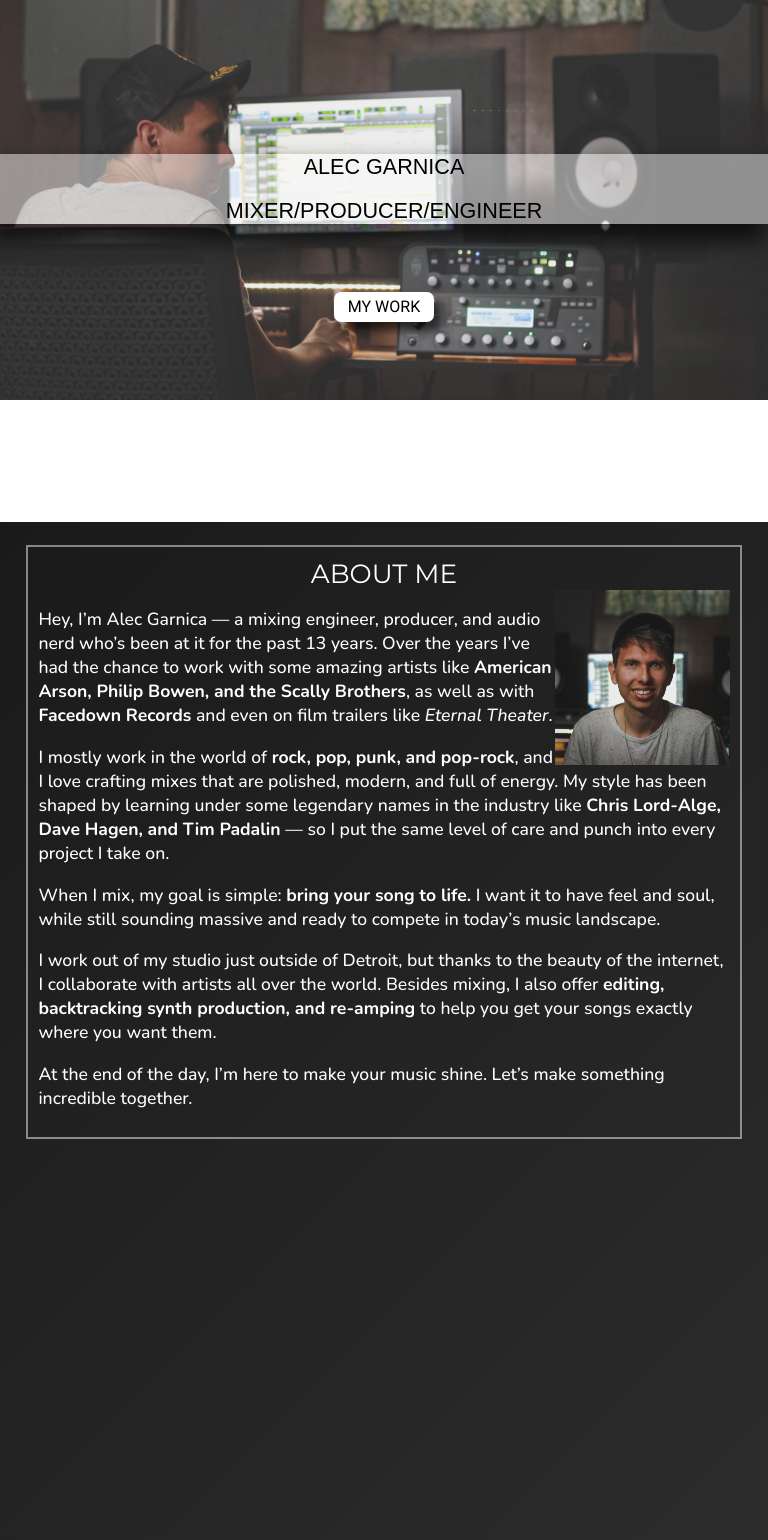
Repository: Aworminator/mixing-portfolio
Page: index.html
The author's editor kept a copy of each file at every save. The page is drawn from the files as they stood at one save, then again after the next save.
The browser window is 768 px wide. The pictures show the part of the page from y = 0 to 1540 px (the page is 8535 px tall).
Some web fonts or font styles are not loaded; a fallback is used.

Above is the page before, as saved 2025-09-02 14:39:08.
Console error: ReferenceError: emailjs is not defined

### index.html
<!DOCTYPE html>
<html lang="en">
  <head>
    <meta charset="UTF-8" />
    <meta name="viewport" content="width=device-width, initial-scale=1.0" />
    <title>Mixing Portfolio</title>
    <link rel="preconnect" href="https://fonts.googleapis.com" />
    <link rel="preconnect" href="https://fonts.gstatic.com" crossorigin />
    <link
      href="https://fonts.googleapis.com/css2?family=Gothic+A1:wght@100;200;300;400;500;600;700;800;900&family=Rock+Salt&family=Nunito:ital,wght@0,200..1000;1,200..1000&family=Montserrat:ital,wght@0,100..900;1,100..900&family=Caveat:wght@400..700&display=swap"
      rel="stylesheet"
    />
    <link
      href="https://fonts.googleapis.com/css2?family=Roboto:ital,wght@0,100..900;1,100..900&display=swap"
      rel="stylesheet"
    />
    <link rel="stylesheet" href="styles.css" />
    <link
      rel="stylesheet"
      href="https://cdnjs.cloudflare.com/ajax/libs/font-awesome/6.0.0/css/all.min.css"
      integrity="sha512-9usAa10IRO0HhonpyAIVpjrylPvoDwiPUiKdWk5t3PyolY1cOd4DSE0Ga+ri4AuTroPR5aQvXU9xC6qOPnzFeg=="
      crossorigin="anonymous"
      referrerpolicy="no-referrer"
    />
  </head>
  <body>
    <section class="home-page">
      <img
        src="./images/backShot.JPG"
        class="main-pic"
        alt="alecgarnica.com photo"
      />
      <div class="header">
        <h1 class="gothic-a1-regular">ALEC GARNICA</h1>
        <h2 class="gothic-a1-regular">MIXER/PRODUCER/ENGINEER</h2>
      </div>
      <button class="work-button">MY WORK</button>
    </section>
    <section class="about-me">
      <div class="about-info">
        <h1>ABOUT ME</h1>
        <img src="./images/font-shot.JPG" class="front-shot" alt="" />
        <p>
          Hey, I’m Alec Garnica — a mixing engineer, producer, and audio nerd
          who’s been at it for the past 13 years. Over the years I’ve had the
          chance to work with some amazing artists like
          <strong>American Arson, Philip Bowen, and the Scally Brothers</strong
          >, as well as with <strong>Facedown Records</strong> and even on film
          trailers like <em>Eternal Theater</em>.
        </p>

        <p>
          I mostly work in the world of
          <strong>rock, pop, punk, and pop-rock</strong>, and I love crafting
          mixes that are polished, modern, and full of energy. My style has been
          shaped by learning under some legendary names in the industry like
          <strong>Chris Lord-Alge, Dave Hagen, and Tim Padalin</strong> — so I
          put the same level of care and punch into every project I take on.
        </p>

        <p>
          When I mix, my goal is simple:
          <strong>bring your song to life.</strong> I want it to have feel and
          soul, while still sounding massive and ready to compete in today’s
          music landscape.
        </p>

        <p>
          I work out of my studio just outside of Detroit, but thanks to the
          beauty of the internet, I collaborate with artists all over the world.
          Besides mixing, I also offer
          <strong>editing, backtracking synth production, and re-amping</strong>
          to help you get your songs exactly where you want them.
        </p>

        <p>
          At the end of the day, I’m here to make your music shine. Let’s make
          something incredible together.
        </p>
      </div>
    </section>
    <section class="audio-examples" id="work">
      <div class="audio-header">
        <h1 class="my-work">My Work</h1>
        <h2 class="Selected">(Selected Discography)</h2>
      </div>
      <div class="videos">
        <iframe
          max-width="700"
          max-height="400"
          src="https://www.youtube.com/embed/eqg1Gq4seWM?si=DX9P9PFpzfFowoa7"
          title="YouTube video player"
          frameborder="0"
          allow="accelerometer; autoplay; clipboard-write; encrypted-media; gyroscope; picture-in-picture; web-share"
          referre700licy="strict-origin-when-cross-origin"
          allowfullscreen class="video"
        ></iframe>
        <iframe
          max-width="700"
          max-height="400"
          src="https://www.youtube.com/embed/Iz-hEh3Y0hM?si=Wv5LKFF-jRccTdgM&amp;start=48"
          title="YouTube video player"
          frameborder="0"
          allow="accelerometer; autoplay; clipboard-write; encrypted-media; gyroscope; picture-in-picture; web-share"
          referrerpolicy="strict-origin-when-cross-origin"
          allowfullscreen class="video"
        ></iframe>
        <iframe
          max-width="700"
          max-height="400"
          src="https://www.youtube.com/embed/VA2vZEjnYfY?si=OQ5lfUXrBXHWdOYN"
          title="YouTube video player"
          frameborder="0"
          allow="accelerometer; autoplay; clipboard-write; encrypted-media; gyroscope; picture-in-picture; web-share"
          referrerpolicy="strict-origin-when-cross-origin"
          allowfullscreen class="video"
        ></iframe>
        <iframe
          max-width="700"
          max-height="400"
          src="https://www.youtube.com/embed/L9egLN9AOas?si=VhJ0fQgymm5FhAU1"
          title="YouTube video player"
          frameborder="0"
          allow="accelerometer; autoplay; clipboard-write; encrypted-media; gyroscope; picture-in-picture; web-share"
          referrerpolicy="strict-origin-when-cross-origin"
          allowfullscreen class="video"
        ></iframe>
      </div>

      <div class="audio">
        <div id="input"></div>
      </div>
      <a
        href="https://open.spotify.com/playlist/7I4emXAeLMEQLFu5VL2Gmp?si=4582652f148643d4"
        target="_blank"
        rel="noopener noreferrer"
        class="Discography"
      >
        Full Discography
        <img src="./images/spotify-icon.png" class="spotify" alt="Spotify" />
      </a>
    </section>

    <section class="contact">
      <div class="contact-form-container">
        <h1>Contact Me</h1>
        <form class="contact-form" id="contact-form" autocomplete="off">
          <div class="form-group">
            <label for="name">Name*</label>
            <input type="text" id="name" name="name" required />
          </div>
          <div class="form-group">
            <label for="email">Email*</label>
            <input type="email" id="email" name="email" required />
          </div>
          <div class="form-group">
            <label for="message">Message*</label>
            <textarea id="message" name="message" rows="5" required></textarea>
          </div>
          <button type="submit">Send</button>
        </form>
      </div>
    </section>

    <script src="script.js"></script>
    <script src="https://cdn.jsdelivr.net/npm/bootstrap@5.3.0-alpha1/dist/js/bootstrap.bundle.min.js"></script>
    <script
      type="text/javascript"
      src="https://cdn.jsdelivr.net/npm/@emailjs/browser@4/dist/email.min.js"
    ></script>
    <script type="text/javascript">
      (function () {
        emailjs.init({
          publicKey: "Av33DaVyg5wDM5N9s",
        });
      })();

      function sendEmail(event) {
        event.preventDefault();

        const serviceID = "service_x2fv1ji";
        const templateID = "template_xrm7y6m";

        emailjs
          .sendForm(
            serviceID,
            templateID,
            document.getElementById("contact-form")
          )
          .then(
            () => {
              alert("Message sent successfully!");
              document.getElementById("contact-form").reset();
            },
            (error) => {
              alert("Failed to send message. Please try again later.");
              console.error("EmailJS Error:", error);
            }
          );
      }

      document
        .getElementById("contact-form")
        .addEventListener("submit", sendEmail);
    </script>
  </body>
</html>

### styles.css
body,
html {
  margin: 0;
  padding: 0;
}

.rock-salt-regular {
  font-family: "Rock Salt", cursive;
  font-weight: 400;
  font-style: normal;
}

.gothic-a1-regular {
  font-family: "Gothic A1", sans-serif;
  font-weight: 500;
  font-style: normal;
}

p {
  font-family: "Nunito", sans-serif;
  font-optical-sizing: auto;
  font-weight: 500;
  font-style: normal;
}

h1,
h2,
h3 {
  font-family: "Montserrat", sans-serif;
  font-optical-sizing: auto;
  font-weight: 400;
  font-style: normal;
}

h3 {
  opacity: 80%;
}

.main-pic {
  width: 100%;
  margin: 0 auto;
  object-fit: cover;
  height: 900px;
  z-index: -1;
  opacity: 90%;
}

.home-page {
  max-height: 900px;
}

.about-me {
  max-height: 900px;
  background: linear-gradient(135deg, #1a1a1a 0%, #2d2d2d 100%);
  margin: 0 auto;
  padding-top: 3%;
}

.about-info {
  color: white;
  font-size: 1.5em;
  width: 1000px;
  margin: 0 auto;
  padding-bottom: 50px;
}

.videos {
  margin: 0 auto;
  font-size: 2em;
  display: flex;
  flex-direction: row;
  flex-wrap: wrap;
  gap: 40px;
  justify-content: center;
}

.my-work {
  font-size: 3em;
  text-align: center;
}

.Selected {
  text-align: center;
  opacity: 70%;
  position: relative;
  bottom: 15px;
}

.front-shot {
  float: right;
  height: 400px;
  width: 400px;
  object-fit: cover;
  aspect-ratio: 1 / 1;
}

.header {
  position: relative;
  bottom: 700px;
  z-index: 1;
  font-size: 3.5em;
  text-align: center;
  background-color: rgba(255, 255, 255, 0.467);
  box-shadow: -8px 14px 20px 4px rgb(0 0 0 / 69%);
}

.work-button {
  position: relative;
  bottom: 700px;
  display: flex;
  justify-content: center;
  align-items: center;
  text-align: center;
  font-size: 2em;
  background-color: rgb(255, 255, 255);
  width: 200px;
  height: 60px;
  border-radius: 7px;
  margin: 0 auto;
  box-shadow: 8px 9px 10px rgb(0 0 0 / 65%);
  font-family: "Roboto", sans-serif;
  font-optical-sizing: auto;
  font-weight: 400;
  font-style: normal;
  font-variation-settings: "wdth" 100;
  border: none;
  cursor: pointer;
  color: inherit;
}

.work-button:hover {
  transform: scale(1.1);
}

.work-button:active {
  transform: scale(0.9);
}

.card {
  height: 500px;
  width: 300px;
  border: 2px solid black;
  background-color: rgb(255, 255, 255);
  background: url("https://www.patternpictures.com/wp-content/uploads/Crumpled-white-paper-texture-background.jpg");
  background-color: rgba(255, 255, 255, 0.775);
  background-blend-mode: lighten;
  box-shadow: 5px 10px 20px 0 rgba(0, 0, 0, 0.535);
  border-radius: 10px;
  margin: 90px;
  display: flex;
  flex-direction: column;
  justify-content: flex-start;
  align-items: center;
  flex-wrap: wrap;
  z-index: 1;
}

h1 {
  text-align: center;
  margin: 0 auto;
}

h4 {
  font-family: "Caveat";
  font-optical-sizing: auto;
  font-weight: 400;
  font-style: normal;
  text-shadow: 2px 5px 6px rgba(0, 0, 0, 0.18);
}

#input {
  display: flex;
  justify-content: center;
  flex-direction: column;
  flex-wrap: wrap;
}

.audio {
  display: flex;
  flex-direction: column;
  justify-content: flex-start;
  margin-top: 50px;
}

.album-artwork {
  height: 300px;
  width: 300px;
  border-radius: 10px 10px 0 0;
  position: relative;
}

.card-info {
  display: flex;
  flex-direction: row;
  justify-content: space-around;
  width: 200px;
  margin-top: 10px;
  margin-bottom: 0;
  position: relative;
}

.band-info {
  border-radius: 10px;
  padding: 5px 10px;
  height: 100px;
  width: 200px;
  display: flex;
  flex-direction: column;
  align-items: flex-start;
  font-size: 0.9em;
  text-align: left;
}

.album-title {
  position: relative;
  bottom: 15px;
}

.link {
  text-decoration: none;
  color: black;
}

.link:hover {
  text-decoration: underline;
  transform: scale(1.05);
}

@keyframes move-words {
  0% {
    left: 100%;
  }
  100% {
    left: -100%;
  }
}

.fa-pause,
.fa-play {
  font-size: 2em;
  position: relative;
  right: 12px;
}

.fa-play:active {
  font-size: 2em;
  position: relative;
  transform: scale(0.8);
}

.player {
  display: flex;
  flex-direction: row;
  align-items: center;
  justify-content: center;
  padding: 10px 0 0 0;
  margin-bottom: 25px;
}

.progress-bar {
  background-color: white;
  border-radius: 40px;
  color: black;
  width: 150px;
  height: 12px;
  border: 1px solid rgb(221, 144, 99);
}

.progress {
  background-color: rgb(244, 164, 117);
  border-radius: 40px;
  height: 100%;
  width: 0%;
}

/* Contact Section Styles */
.contact {
  background: linear-gradient(135deg, #1a1a1a 0%, #2d2d2d 100%);
  padding: 80px 20px;
  min-height: 600px;
  display: flex;
  align-items: center;
  justify-content: center;
}

.contact-form-container {
  background: rgba(255, 255, 255, 0.95);
  border-radius: 15px;
  padding: 50px 40px;
  box-shadow: 0 20px 40px rgba(0, 0, 0, 0.3);
  max-width: 600px;
  width: 100%;
  backdrop-filter: blur(10px);
  border: 1px solid rgba(255, 255, 255, 0.2);
}

.contact-form-container h1 {
  color: #2d2d2d;
  font-size: 2.5em;
  text-align: center;
  margin-bottom: 40px;
  font-weight: 700;
  letter-spacing: 1px;
}

.contact-form {
  display: flex;
  flex-direction: column;
  gap: 25px;
}

.form-group {
  display: flex;
  flex-direction: column;
  gap: 8px;
}

.form-group label {
  font-family: "Montserrat", sans-serif;
  font-weight: 600;
  color: #333;
  font-size: 1.1em;
  letter-spacing: 0.5px;
}

.form-group input,
.form-group textarea {
  padding: 15px 20px;
  border: 2px solid #e0e0e0;
  border-radius: 10px;
  font-family: "Nunito", sans-serif;
  font-size: 1em;
  background: #fafafa;
  transition: all 0.3s ease;
  outline: none;
}

.form-group input:focus,
.form-group textarea:focus {
  border-color: #4a90e2;
  background: white;
  box-shadow: 0 0 0 3px rgba(74, 144, 226, 0.1);
  transform: translateY(-2px);
}

.form-group textarea {
  resize: vertical;
  min-height: 120px;
  font-family: "Nunito", sans-serif;
}

.contact-form button {
  background: linear-gradient(135deg, #4a90e2 0%, #357abd 100%);
  color: white;
  border: none;
  padding: 18px 30px;
  border-radius: 10px;
  font-family: "Montserrat", sans-serif;
  font-size: 1.2em;
  font-weight: 600;
  cursor: pointer;
  transition: all 0.3s ease;
  margin-top: 15px;
  letter-spacing: 1px;
  text-transform: uppercase;
}

.contact-form button:hover {
  transform: translateY(-3px);
  box-shadow: 0 10px 25px rgba(74, 144, 226, 0.4);
  background: linear-gradient(135deg, #357abd 0%, #2968a3 100%);
}

.contact-form button:active {
  transform: translateY(-1px);
  box-shadow: 0 5px 15px rgba(74, 144, 226, 0.3);
}

/* Discography Button Styles (matching send button) */
.Discography {
  background-color: black;
  color: white;
  border: none;
  padding: 18px 30px;
  border-radius: 10px;
  font-family: "Montserrat", sans-serif;
  font-size: 1.2em;
  font-weight: 600;
  cursor: pointer;
  transition: all 0.3s ease;
  margin: 30px auto;
  letter-spacing: 1px;
  text-transform: uppercase;
  display: flex;
  align-items: center;
  justify-content: center;
  gap: 10px;
  text-decoration: none;
  width: fit-content;
}

.Discography:hover {
  transform: translateY(-3px);
  box-shadow: 0 10px 25px rgba(74, 144, 226, 0.4);
  background: linear-gradient(135deg, #357abd 0%, #2968a3 100%);
  color: white;
}

.Discography:active {
  transform: translateY(-1px);
  box-shadow: 0 5px 15px rgba(74, 144, 226, 0.3);
}

.spotify {
  height: 50px;
  width: 50px;
  margin-left: 15px;
}

/* Responsive Design for Contact Form */
@media screen and (max-width: 768px) {
  .main-pic {
    width: 100%;
    margin: 0 auto;
    object-fit: cover;
    height: 400px;
    z-index: -1;
    opacity: 90%;
  }

  .header {
    bottom: 250px;
    font-size: 0.9em;
    padding: 0 7px;
    margin: 0 auto;
  }

  .work-button {
    position: relative;
    bottom: 200px;
    display: flex;
    justify-content: center;
    align-items: center;
    text-align: center;
    font-size: 1em;
    background-color: rgb(255, 255, 255);
    width: 100px;
    height: 30px;
  }

  .about-me {
    min-height: 1100px;
    background: linear-gradient(135deg, #1a1a1a 0%, #2d2d2d 100%);
    margin: 0 auto;
    padding-top: 3%;
  }

  .about-info {
    color: white;
    border: 2px solid rgba(255, 255, 255, 0.473);
    font-size: 1.1em;
    width: 90%;
    margin: 0 auto;
    padding: 10px;
  }

  .front-shot {
    height: 175px;
    width: 175px;
  }

  .audio-header {
    font-size: 0.8em;
    margin-top: 20px;
  }


  .card {
    height: 500px;
    width: 300px;
  }

  .contact {
    padding: 60px 15px;
  }

  .contact-form-container {
    padding: 40px 25px;
    margin: 0 10px;
  }

  .contact-form-container h1 {
    font-size: 2em;
    margin-bottom: 30px;
  }

  .form-group input,
  .form-group textarea {
    padding: 12px 15px;
  }

  .contact-form button {
    padding: 15px 25px;
    font-size: 1.1em;
  }
}

@media screen and (min-width: 768px) {
  #input {
    display: flex;
    flex-direction: row;
    justify-content: space-around;
  }

  .videos {
    display: flex;
    flex-direction: row;
    justify-content: center;
    flex-wrap: wrap;
  }

  .video {
    height: 400px;
    width: 700px;
  }
}

### script.js
let songs = [
  {
    albumArt:
      "https://facedownrecords.com/wp-content/uploads/2023/09/FCD195-3000.jpg",
    artist: "American Arson",
    song: "The Heat |: Run",
    name: "Run - American Arson.wav",
    artistLink:
      "https://open.spotify.com/artist/7cl9j0U54gBxbcGO7zXXs2?si=Y8YFn_WdRy2WaXkD7kTK9A",
    songLink:
      "https://open.spotify.com/track/4LscxvJWC9iHOBJmns7oVh?si=cf5a5d8cefe242de",
  },
  {
    albumArt:
      "https://i.scdn.co/image/ab67616d0000b27369a57afe6b668fe34d4e9914",
    artist: "Philip Bowen",
    song: "Better Way",
    name: "Fireflies - Camino Kid.wav",
    artistLink:
      "https://open.spotify.com/artist/3Mm4P393IFVqIQDmL691G9?si=A1uk_0hjSPOLajqtXdFjjQ",
    songLink:
      "https://open.spotify.com/track/2iAruT7aaz0of7HgP6AXJ5?si=48f3d1c8590f4527",
  },
  {
    albumArt:
      "https://i.scdn.co/image/ab67616d00001e02c0d49229ee1521c01ba40c3e",
    artist: "Chery Blossom Club",
    song: "Astray",
    name: "All Is Well - Jared Withrow.wav",
    artistLink:
      "https://open.spotify.com/artist/7LDoytlH8MNe9zu2VIu5uB?si=W9AvoN22T46V6yPUWuvBdA",
    songLink:
      "https://open.spotify.com/track/77lonoP2aKYjy99jGNJf3r?si=8c8acfcdc6ff47a3",
  },
  {
    albumArt:
      "https://i.scdn.co/image/ab67616d00001e02066f1a88ce4c1492f016dc33",
    artist: "Jared Withrow",
    song: "All Is Well",
    name: "All Is Well - Jared Withrow.wav",
    artistLink:
      "https://open.spotify.com/artist/5HWM1z6NnHcvOnUeLcCAKn?si=47omOcpARfSCEVpzm1sS9w",
    songLink:
      "https://open.spotify.com/track/60aH38LMrZZam1xIewtDBR?si=670e49b3f44149bb",
  },
  {
    albumArt: "./images/albums/caminoKid.jpg",
    artist: "Camino Kid",
    song: "Fireflies(Cover)",
    name: "Fireflies - Camino Kid.wav",
    artistLink:
      "https://open.spotify.com/artist/5Dm6l5ypjnBRX4r3o2vzkZ?si=yQY43V2TQ06EWhuZaBigIg",
    songLink:
      "https://open.spotify.com/track/2ckxbqWp45dph2w9lZHEuz?si=ac1ee9025897455e",
  },
  {
    albumArt:
      "https://www.shazam.com/mkimage/image/thumb/Music122/v4/09/7e/41/097e41aa-4970-2849-a3a6-7e0279f900af/artwork.jpg/375x375bb.webp",
    artist: "The Scally Brothers",
    song: "Lion and the Lamb",
    name: "Fireflies - Camino Kid.wav",
    artistLink:
      "https://open.spotify.com/artist/1zxZJBr1JIL8X4zDvpkFos?si=ZAqeO_ZFRFWOyXo424s7Ng",
    songLink:
      "https://open.spotify.com/track/74FoVUSj3mCoDl6XZTojDW?si=b75b83345caf4865",
  },
];

let input = document.querySelector("#input");

function updateProgress(e, songName) {
  let { currentTime, duration } = e.srcElement;
  const progressPercentage = (currentTime / duration) * 100;
  document.getElementById(
    `progress-${songName}`
  ).style.width = `${progressPercentage}%`;

  const playBtn = document.getElementById(`playBtn-${songName}`);
  if (currentTime === duration) {
    playBtn.classList.add("fa-play");
    playBtn.classList.remove("fa-pause");
  } else {
    playBtn.classList.add("fa-pause");
    playBtn.classList.remove("fa-play");
  }
}

function setProgress(e, songName) {
  const width = e.currentTarget.clientWidth;
  const clickX = e.offsetX;
  const audio = document.getElementById(`audio-${songName}`);
  const duration = audio.duration;

  audio.currentTime = (clickX / width) * duration;
}

function playAudio(songName) {
  const audio = document.getElementById(`audio-${songName}`);
  audio.play();
}

function pauseAudio(songName) {
  const audio = document.getElementById(`audio-${songName}`);
  audio.pause();
}

songs.forEach((song) => {
  const card = document.createElement("div");
  card.classList.add("card");
  card.innerHTML = `
    <img class="album-artwork" src="${song.albumArt}" alt="">
    <div class="mp3">
      <div class="band-info">
        <a href="${song.songLink}" class="link"><h1 class="band-name">${song.song}</h1></a>
        <a href="${song.artistLink}" class="link"><h3 class="album-title">${song.artist}</h3></a>
      </div>
      <div class="player">
        <i class="fa-solid fa-play" id="playBtn-${song.name}" onclick="toggleAudio('${song.name}')"></i>
        <audio preload="metadata" id="audio-${song.name}" src="./audio/${song.name}"></audio>
        <div class="progress-bar" id="progress-bar-${song.name}">
          <div class="progress" id="progress-${song.name}"></div>
        </div>
      </div>
    </div>
  `;
  input.appendChild(card);

  const audio = document.getElementById(`audio-${song.name}`);
  const progressBar = document.getElementById(`progress-bar-${song.name}`);

  audio.addEventListener("timeupdate", (e) => updateProgress(e, song.name));
  progressBar.addEventListener("click", (e) => setProgress(e, song.name));
});

function toggleAudio(songName) {
  const audio = document.getElementById(`audio-${songName}`);
  const playBtn = document.getElementById(`playBtn-${songName}`);

  if (audio.paused || audio.ended) {
    playAudio(songName);
    playBtn.classList.remove("fa-play");
    playBtn.classList.add("fa-pause");
  } else {
    pauseAudio(songName);
    playBtn.classList.remove("fa-pause");
    playBtn.classList.add("fa-play");
  }

  audio.onpause = () => {
    playBtn.classList.remove("fa-pause");
    playBtn.classList.add("fa-play");
  };
  audio.onplay = () => {
    playBtn.classList.remove("fa-play");
    playBtn.classList.add("fa-pause");
  };
}

After the next save:
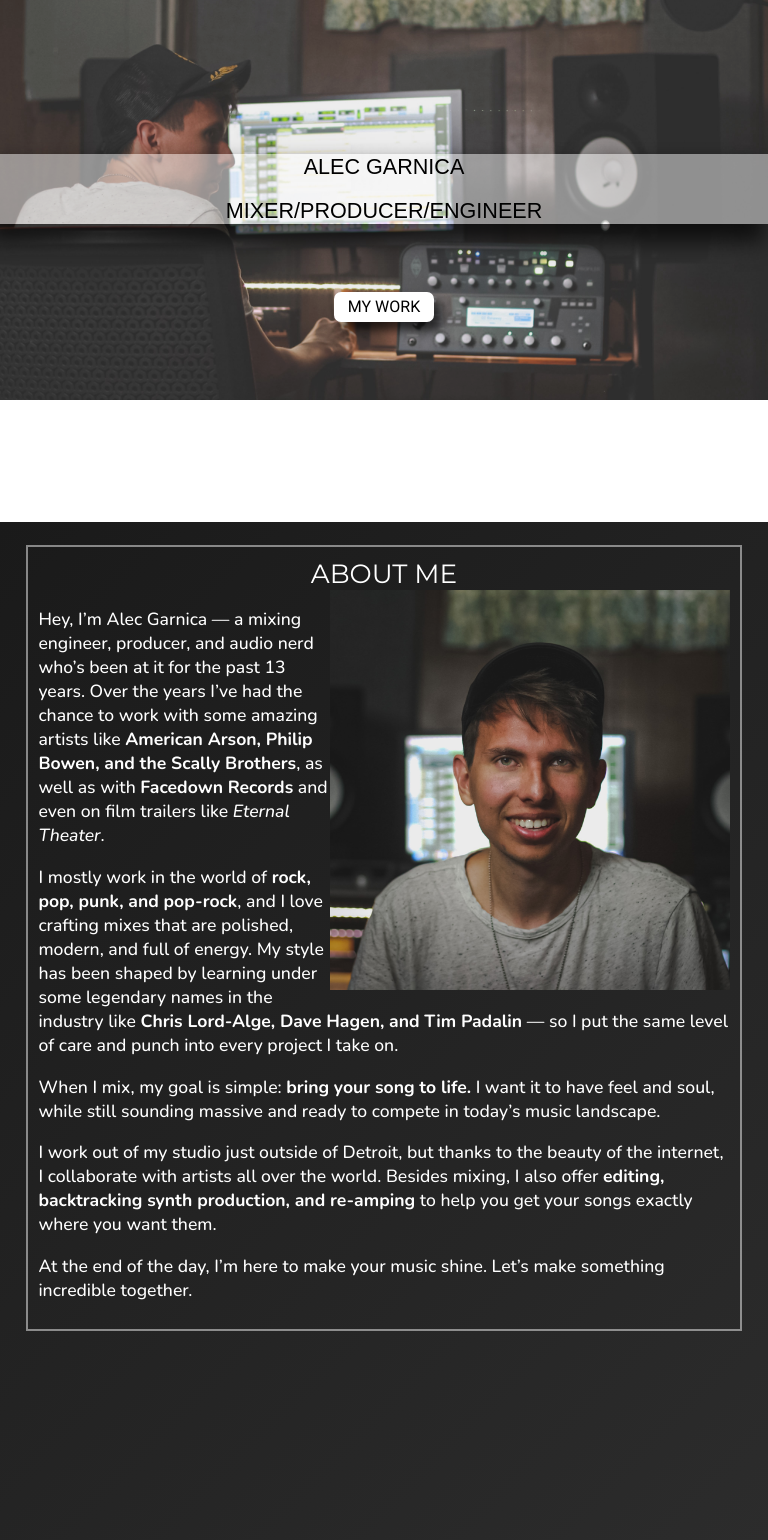
Saved 2 min 20 s later.
--- a/styles.css
+++ b/styles.css
@@ -464,11 +464,6 @@ h4 {
     padding: 10px;
   }
 
-  .front-shot {
-    height: 175px;
-    width: 175px;
-  }
-
   .audio-header {
     font-size: 0.8em;
     margin-top: 20px;
